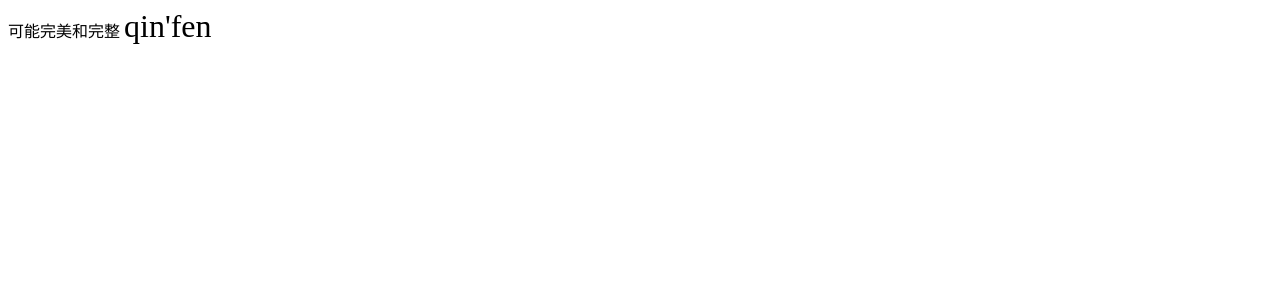
Repository: yuquan1006/-
Page: 02_css/demo.html
These files come from the project's save history. The page is drawn as it stood at one moment and after a run of saves; the edit follows.
The browser window is 1280 px wide. The pictures show the whole page.

Above is the page before, as saved 2023-06-26 10:27:37.

### 02_css/demo.html
<!DOCTYPE html>
<html lang="en">
<head>
    <meta charset="UTF-8">
    <meta name="viewport" content="width=device-width, initial-scale=1.0">
    <title>Document</title>
    <style type="text/css">
        label{
            font-size: 200%;
        }
    </style>
</head>
<body>
    <div>
        可能完美和完整
        <label>qin'fen</label>
    </div>

</body>
</html>

After the next 3 saves:
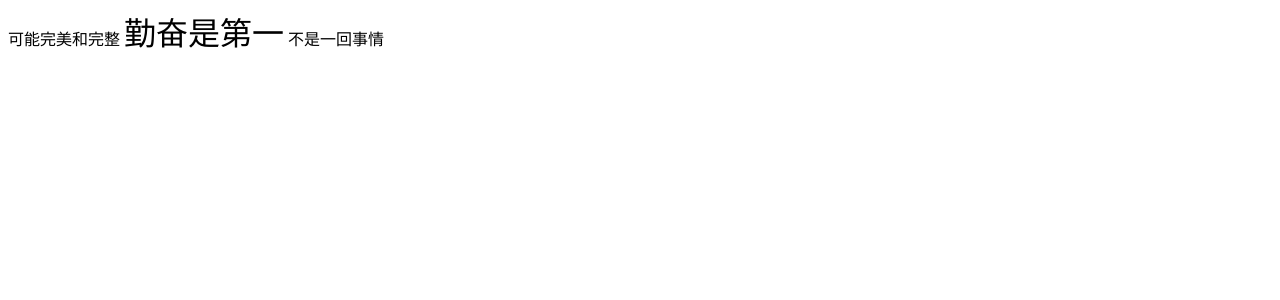
The 3 saves are shown as one change because they came seconds apart.
The last was saved 11 s later.
--- a/02_css/demo.html
+++ b/02_css/demo.html
@@ -13,7 +13,8 @@
 <body>
     <div>
         可能完美和完整
-        <label>qin'fen</label>
+        <label>勤奋是第一</label>
+        不是一回事情
     </div>
 
 </body>
